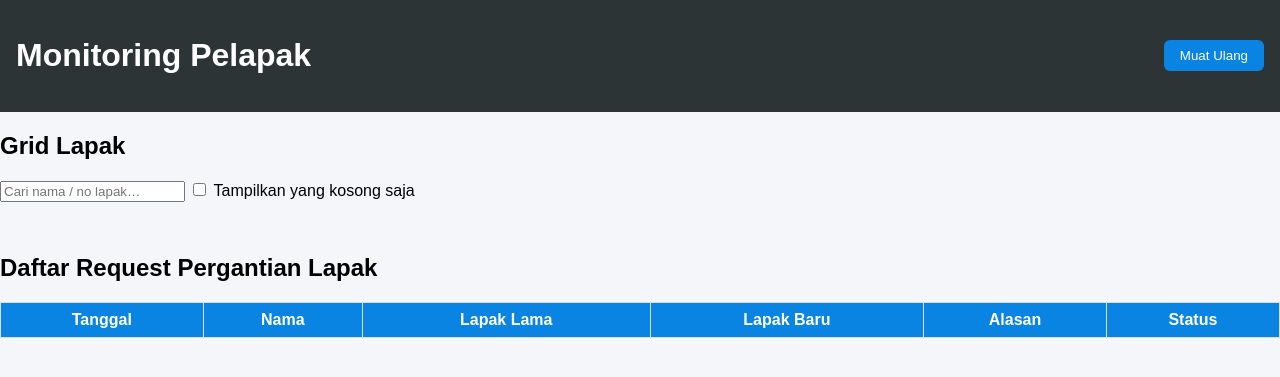
Repository: pasarrakyatbangetayukulon/lapak
Page: index.html
These files come from the project's save history. The page is drawn as it stood at one moment and after the next save; the edit follows.
The browser window is 1280 px wide. The pictures show the whole page.
The page's requests for data from a server got no answer.

Above is the page before, as saved 2025-09-08 18:05:47.

### index.html
<!DOCTYPE html>
<html lang="id">

<head>
    <meta charset="UTF-8" />
    <meta name="viewport" content="width=device-width, initial-scale=1.0" />
    <title>Monitoring Pelapak</title>
    <link rel="stylesheet" href="styles.css" />
</head>

<body>
    <header>
        <h1>Monitoring Pelapak</h1>
        <button id="reload">Muat Ulang</button>
    </header>

    <main>
        <!-- Bagian Grid Lapak -->
        <section>
            <h2>Grid Lapak</h2>
            <div class="toolbar">
                <input id="searchInput" type="search" placeholder="Cari nama / no lapak…" />
                <label>
                    <input type="checkbox" id="showEmptyOnly" /> Tampilkan yang kosong saja
                </label>
            </div>
            <div id="grid" class="stall-grid"></div>
        </section>

        <!-- Bagian Tabel Request -->
        <section>
            <h2>Daftar Request Pergantian Lapak</h2>
            <table id="requestTable">
                <thead>
                    <tr>
                        <th>Tanggal</th>
                        <th>Nama</th>
                        <th>Lapak Lama</th>
                        <th>Lapak Baru</th>
                        <th>Alasan</th>
                        <th>Status</th>
                    </tr>
                </thead>
                <tbody></tbody>
            </table>
        </section>
    </main>

    <!-- Modal Request -->
    <dialog id="requestModal">
        <form id="requestForm" method="dialog">
            <h2>Request Pergantian Lapak</h2>
            <label>Nama Pelapak <input id="nama" name="nama" required /></label>
            <label>Lapak Lama <input id="lapakLama" name="lapakLama" type="number" required /></label>
            <label>Lapak Baru <input id="lapakBaru" name="lapakBaru" type="number" required /></label>
            <label>Alasan <textarea id="alasan" name="alasan" required></textarea></label>
            <menu>
                <button type="button" id="cancelBtn">Batal</button>
                <button type="submit">Kirim</button>
            </menu>
        </form>
    </dialog>

    <script src="app.js"></script>
</body>

</html>

### styles.css
body {
    font-family: Arial, sans-serif;
    margin: 0;
    background: #f5f6fa;
}

header {
    background: #2d3436;
    color: #fff;
    padding: 1rem;
    display: flex;
    justify-content: space-between;
    align-items: center;
}

button {
    padding: 0.5rem 1rem;
    border: none;
    border-radius: 6px;
    background: #0984e3;
    color: white;
    cursor: pointer;
}

button:hover {
    background: #74b9ff;
}

.stall-grid {
    display: grid;
    grid-template-columns: repeat(auto-fill, minmax(160px, 1fr));
    gap: 1rem;
    padding: 1rem;
}

.stall-card {
    background: white;
    border-radius: 8px;
    padding: 0.75rem;
    box-shadow: 0 2px 4px rgba(0, 0, 0, 0.1);
    display: flex;
    flex-direction: column;
    justify-content: space-between;
    text-align: center;
}

.stall-card.empty {
    background: #dfe6e9;
    color: #636e72;
}

.stall-card strong {
    font-size: 1.2rem;
    display: block;
    margin-bottom: 0.5rem;
}

/* Table */
#requestTable {
    width: 100%;
    border-collapse: collapse;
    margin: 1rem 0;
    background: white;
}

#requestTable th,
#requestTable td {
    border: 1px solid #ddd;
    padding: 0.5rem;
    text-align: center;
}

#requestTable th {
    background: #0984e3;
    color: white;
}

/* Modal */
#requestModal {
    border: none;
    border-radius: 8px;
    padding: 1rem;
    width: 300px;
}

#requestForm label {
    display: block;
    margin: 0.5rem 0;
}

#requestForm input,
#requestForm textarea {
    width: 100%;
    padding: 0.5rem;
    margin-top: 0.25rem;
}

#requestForm menu {
    display: flex;
    justify-content: flex-end;
    gap: 0.5rem;
    margin-top: 1rem;
}

### app.js
const API_URL = "https://script.google.com/macros/s/AKfycbx1234567890/exec";
const grid = document.getElementById("grid");
const searchInput = document.getElementById("searchInput");
const showEmptyOnly = document.getElementById("showEmptyOnly");
const reloadBtn = document.getElementById("reload");
const modal = document.getElementById("requestModal");
const form = document.getElementById("requestForm");
const cancelBtn = document.getElementById("cancelBtn");
const requestTableBody = document.querySelector("#requestTable tbody");

async function loadData() {
    const res = await fetch(API_URL);
    const data = await res.json();
    renderGrid(data);
}

async function loadRequests() {
    const res = await fetch(API_URL + "?type=request");
    const data = await res.json();
    renderRequestTable(data);
}

function renderGrid(data) {
    const query = searchInput.value.toLowerCase();
    const filterEmpty = showEmptyOnly.checked;
    grid.innerHTML = "";

    data
        .filter(item => {
            if (filterEmpty && item.nama !== "") return false;
            if (query && !(`${item.no}`.includes(query) || item.nama.toLowerCase().includes(query))) return false;
            return true;
        })
        .forEach(item => {
            const card = document.createElement("div");
            card.className = "stall-card" + (item.nama === "" ? " empty" : "");
            card.innerHTML = `
        <div>
          <strong>${item.no}</strong>
          <div>${item.nama || "(Kosong)"}</div>
        </div>
        <button class="request-btn">Request</button>
      `;
            card.querySelector(".request-btn").addEventListener("click", () => openRequestForm(item));
            grid.appendChild(card);
        });
}

function renderRequestTable(data) {
    requestTableBody.innerHTML = "";
    data.forEach(row => {
        const tr = document.createElement("tr");
        tr.innerHTML = `
      <td>${new Date(row.tanggal).toLocaleString()}</td>
      <td>${row.nama}</td>
      <td>${row.lapakLama}</td>
      <td>${row.lapakBaru}</td>
      <td>${row.alasan}</td>
      <td>${row.status}</td>
    `;
        requestTableBody.appendChild(tr);
    });
}

function openRequestForm(item) {
    document.getElementById("lapakLama").value = item.no;
    modal.showModal();
}

form.addEventListener("submit", async (e) => {
    e.preventDefault();
    const formData = new FormData(form);

    await fetch(API_URL, { method: "POST", body: formData });

    alert("Request berhasil dikirim!");
    form.reset();
    modal.close();
    loadRequests();
});

cancelBtn.addEventListener("click", () => modal.close());
reloadBtn.addEventListener("click", () => { loadData(); loadRequests(); });
searchInput.addEventListener("input", loadData);
showEmptyOnly.addEventListener("change", loadData);

loadData();
loadRequests();

After the next save:
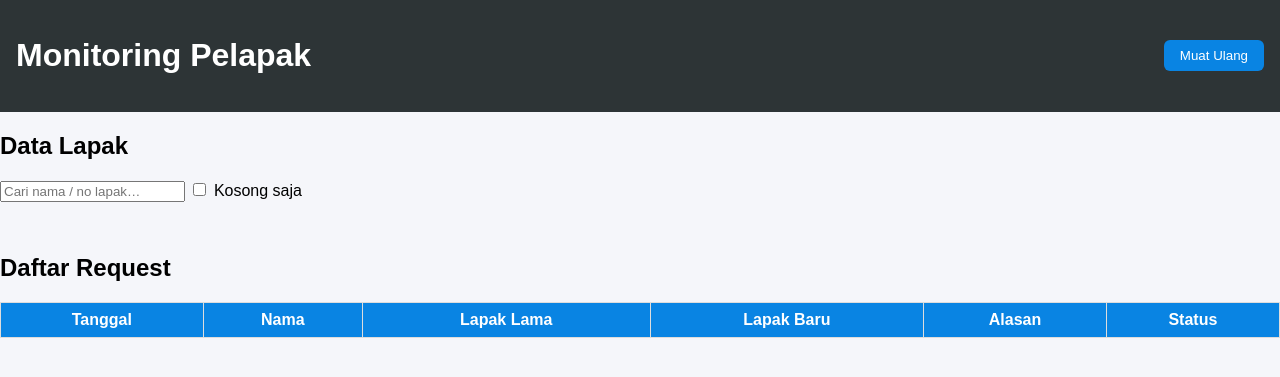
Saved 8 s later.
--- a/index.html
+++ b/index.html
@@ -15,21 +15,21 @@
     </header>
 
     <main>
-        <!-- Bagian Grid Lapak -->
+        <!-- Grid Pelapak -->
         <section>
-            <h2>Grid Lapak</h2>
+            <h2>Data Lapak</h2>
             <div class="toolbar">
                 <input id="searchInput" type="search" placeholder="Cari nama / no lapak…" />
                 <label>
-                    <input type="checkbox" id="showEmptyOnly" /> Tampilkan yang kosong saja
+                    <input type="checkbox" id="showEmptyOnly" /> Kosong saja
                 </label>
             </div>
             <div id="grid" class="stall-grid"></div>
         </section>
 
-        <!-- Bagian Tabel Request -->
+        <!-- Tabel Request -->
         <section>
-            <h2>Daftar Request Pergantian Lapak</h2>
+            <h2>Daftar Request</h2>
             <table id="requestTable">
                 <thead>
                     <tr>
@@ -51,7 +51,7 @@
         <form id="requestForm" method="dialog">
             <h2>Request Pergantian Lapak</h2>
             <label>Nama Pelapak <input id="nama" name="nama" required /></label>
-            <label>Lapak Lama <input id="lapakLama" name="lapakLama" type="number" required /></label>
+            <label>Lapak Lama <input id="lapakLama" name="lapakLama" readonly /></label>
             <label>Lapak Baru <input id="lapakBaru" name="lapakBaru" type="number" required /></label>
             <label>Alasan <textarea id="alasan" name="alasan" required></textarea></label>
             <menu>
